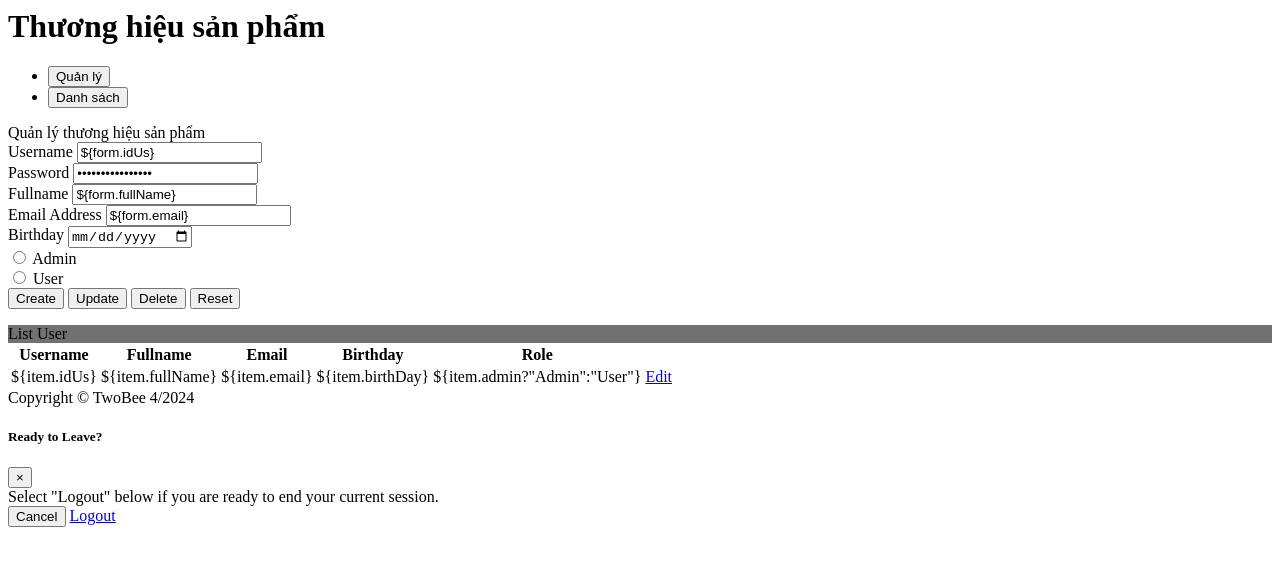
Repository: tuandh111/Java-6-asm
Page: Front-end/Java6_asm_/templates/admin/brands.html
The author's editor kept a copy of each file at every save. The page is drawn from the files as they stood at one save, then again after the next save.
The browser window is 1280 px wide. The pictures show the whole page.

Above is the page before, as saved 2024-03-31 10:52:19.

After the next save:
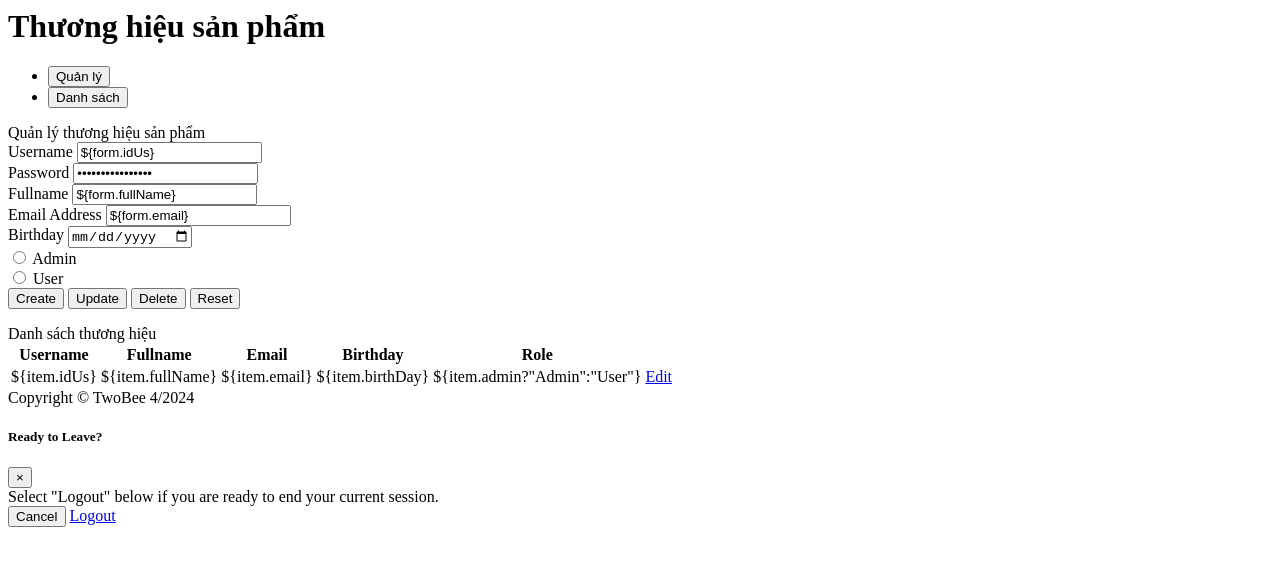
Saved 61 s later.
--- a/Front-end/Java6_asm_/templates/admin/brands.html
+++ b/Front-end/Java6_asm_/templates/admin/brands.html
@@ -128,8 +128,9 @@
                         <div class="tab-pane fade" id="list-tab-pane" role="tabpanel" aria-labelledby="list-tab"
                             tabindex="0">
                             <div class="card">
-                                <div class="card-header d-flex justify-content-between align-items-center text-white"
-                                    style="background-color: #727070;">List User</div>
+                                <div
+                                    class="card-header d-flex justify-content-between align-items-center text-white text-center bg-gradient-primary">
+                                    Danh sách thương hiệu</div>
                                 <div class="table-responsive">
                                     <table class="table table-striped table-hover">
                                         <thead>
